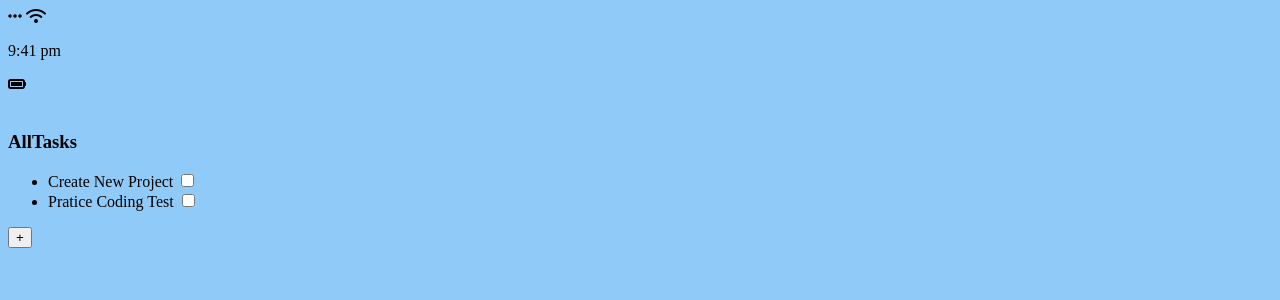
Repository: EEOOOO/javascript-projects
Page: todoListApp/index.html
The author's editor kept a copy of each file at every save. The page is drawn from the files as they stood at one save, then again after the next save.
The browser window is 1280 px wide. The pictures show the whole page.
Some icons come from a web library that is not loaded, so they are not drawn. Some web libraries are served in a nearby version.

Above is the page before, as saved 2022-07-29 15:44:49.

After the next save:
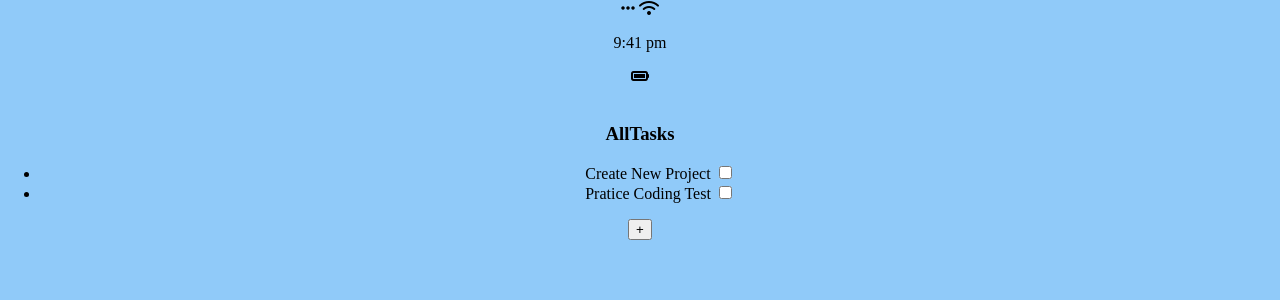
Saved 18 s later.
--- a/todoListApp/style.css
+++ b/todoListApp/style.css
@@ -1,6 +1,8 @@
-:root{
-    --color-blue:#90caf9;
+:root {
+  --color-blue: #90caf9;
 }
-body{
-    background-color: var(--color-blue);
+body {
+  background-color: var(--color-blue);
+  margin: auto;
+  text-align: center;
 }
